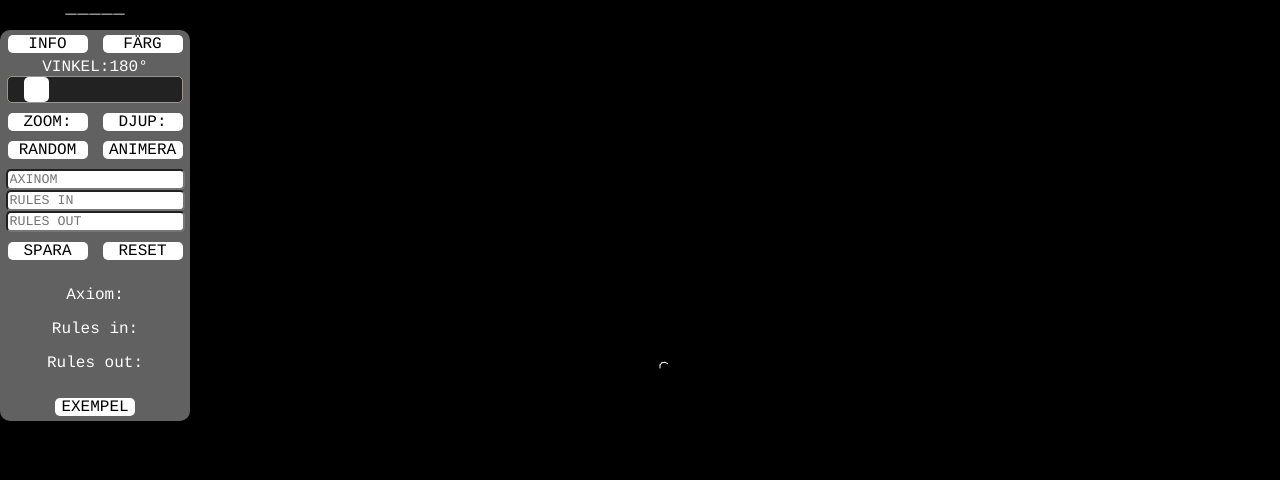
Repository: Gabrielw123/Fraktalgenerator
Page: fraktaler/test/index.html
These files come from the project's save history. The page is drawn as it stood at one moment and after the next save; the edit follows.
The browser window is 1280 px wide. The pictures show the whole page.
Some web libraries are served in a nearby version.

Above is the page before, as saved 2022-01-13 13:40:59.

After the next save:
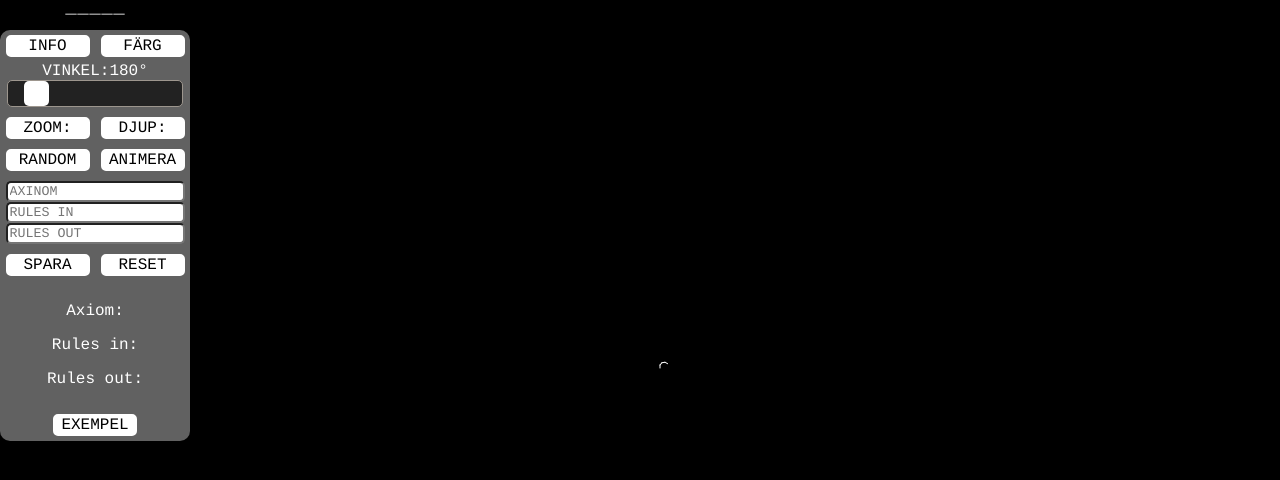
Saved 41 s later.
--- a/fraktaler/test/style.css
+++ b/fraktaler/test/style.css
@@ -77,6 +77,7 @@ body {
 .slider:hover {
   background: black;
   color: white;
+  border: 0px solid black;
 }
 
 .slider::-webkit-slider-thumb {
@@ -103,11 +104,13 @@ a.knapp {
   width: 80px;
   cursor: pointer;
   border-radius: 5px;
+  border: 2px solid white;
 }
 a.knapp:hover {
   background: black;
   border-radius: 5px;
   color: white;
+  border: 0px solid black;
 }
 
 #canvas {
